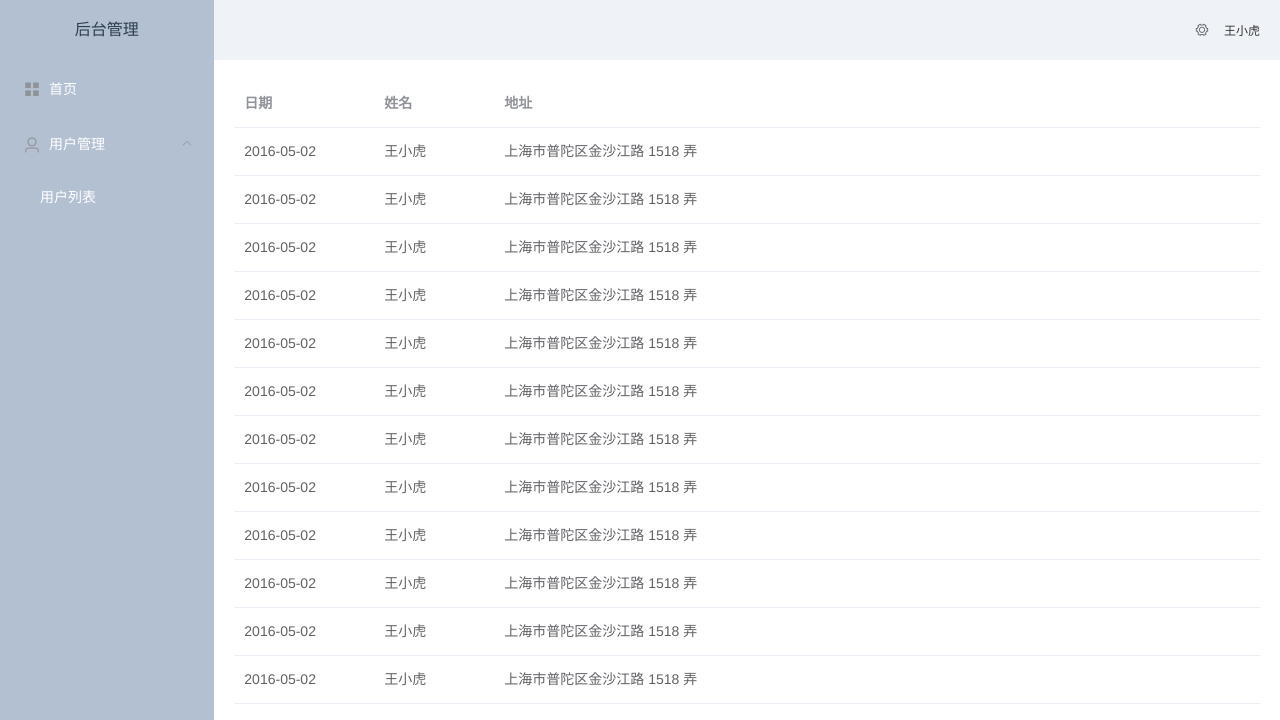
Repository: cmw520520/admin_vue
Page: /#/user/userlist
These files come from the project's save history. The page is drawn as it stood at one moment and after the next save; the edit follows.
The browser window is 1280 px wide. The pictures show the whole page.
An inner scrolling area shows only its first screen. The project was rebuilt for these pictures with package versions that can differ from the ones it lists, and the page was loaded fresh each time. Also part of the build but not shown: src/page/home/Home.vue, example/Echart.vue.

Above is the page before, as saved 2019-07-01 15:13:28.

After the next save:
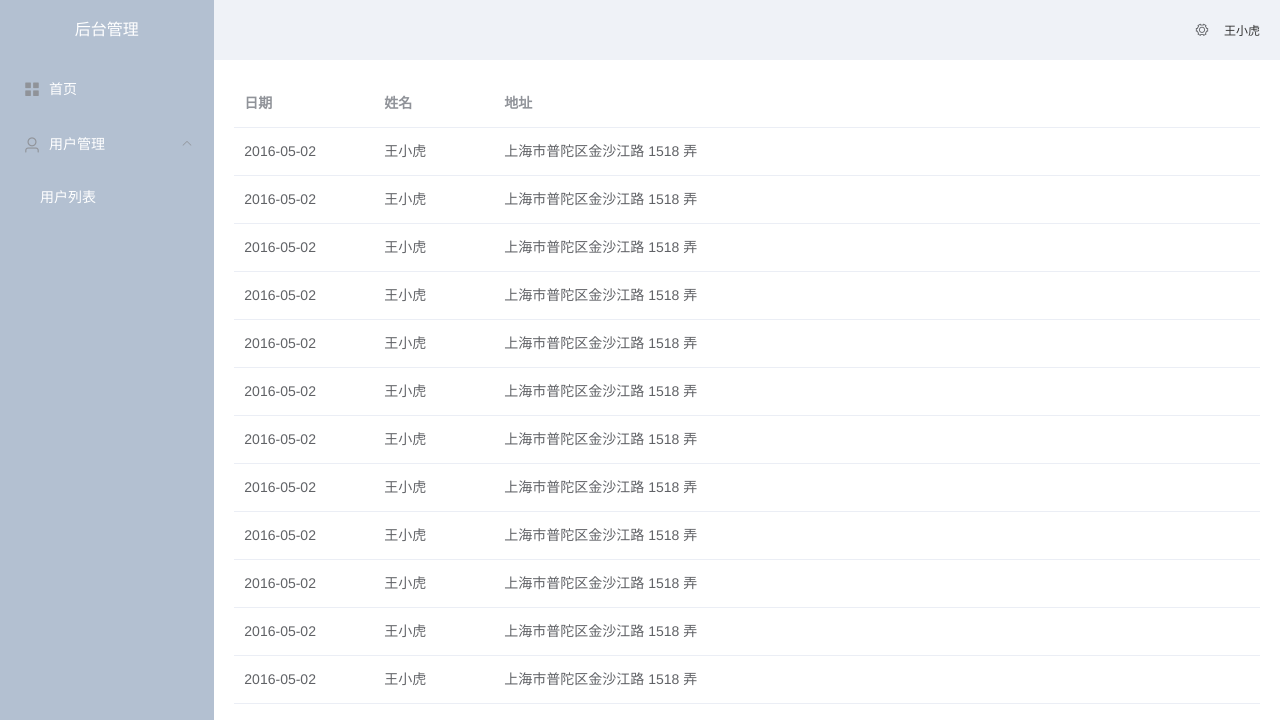
Saved 44 s later.
--- a/src/page/Manage.vue
+++ b/src/page/Manage.vue
@@ -65,6 +65,7 @@ export default {
 .logo {
     height: 60px;
     line-height: 60px;
+    color: #fff;
 }
 /* 导航logo E */
 </style>
